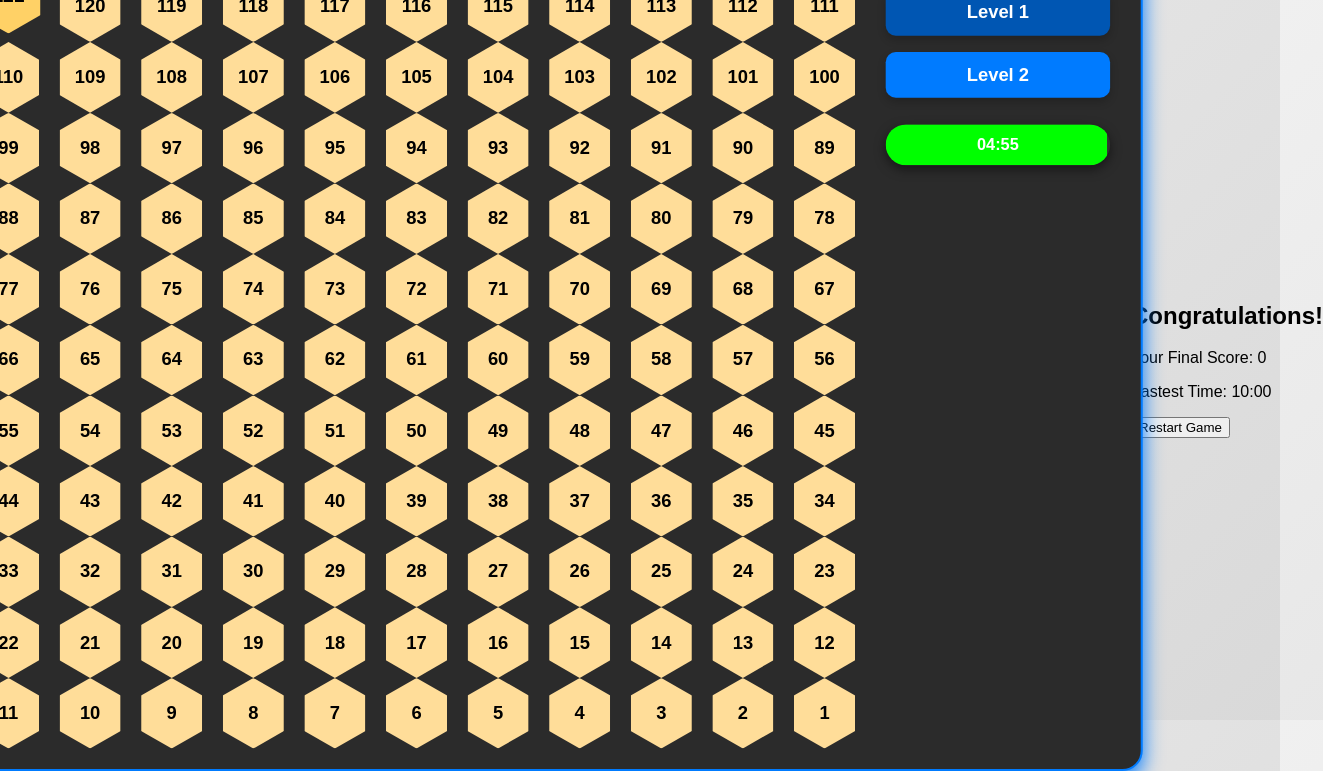
Repository: radisyah/THE_BRAIN_STORM
Page: Terrible Hunt.html
These files come from the project's save history. The page is drawn as it stood at one moment and after the next save; the edit follows.
The browser window is 1280 px wide. The page is 1323 px wide, then 1280 px, so the pictures cover 1323 px, including what lies to the right of the window. The pictures show the whole page.

Above is the page before, as saved 2024-10-25 23:30:33.

### Terrible Hunt.html
<!DOCTYPE html>
<html lang="en">
<head>
    <meta charset="UTF-8">
    <meta name="viewport" content="width=device-width, initial-scale=1.0">
    <title>Terrible Hunt</title>
    <style>
        body {
            font-family: Arial, sans-serif;
            display: flex;
            justify-content: center;
            align-items: center;
            height: 100vh;
            margin: 0;
            background: linear-gradient(135deg, #f0f0f0, #d9d9d9); /* Smooth gradient background */
        }

        .container {
            display: flex;
            justify-content: center;
            align-items: flex-start;
            background-color: #2b2b2b; /* Dark background for contrast */
            border-radius: 20px;
            box-shadow: 0 8px 20px #007bff;
            padding: 30px;
            border: 2px solid #007bff;
            transition: transform 0.3s ease-in-out;
        }

          /* Timer container styles */
          .timer-container {
            position: relative;
            width: 100%;
            height: 40px;
            background-color: #333;
            border-radius: 20px;
            overflow: hidden;
            box-shadow: 0px 4px 10px rgba(0, 0, 0, 0.5);
            margin-bottom: 10px;
        }

        /* Timer text styles */
        #timer {
            position: absolute;
            top: 50%;
            left: 50%;
            transform: translate(-50%, -50%);
            color: white;
            font-size: 16px;
            font-weight: bold;
            z-index: 2;
        }

        /* Progress bar styles */
        .timer-bar {
            position: absolute;
            top: 0;
            left: 0;
            height: 100%;
            background: linear-gradient(90deg, #00ff00, #ffff00, #ff0000);
            width: 100%;
            transition: width 1s linear;
            z-index: 1;
        }

        .container:hover {
            transform: scale(1.02); /* Slight scale effect when hovering over the container */
        }

        /* Hexagonal grid container */
        .hex-grid {
            display: grid;
            grid-template-columns: repeat(11, 60px);
            grid-gap: 20px; /* Adjust gap between hexagons for better spacing */
            justify-content: center;
            margin-right: 30px;
        }

        .hex {
            position: relative;
            width: 60px;
            height: 69.28px;
            background: #ffdd99;
            display: flex;
            justify-content: center;
            align-items: center;
            font-size: 18px;
            font-weight: bold;
            color: black;
            clip-path: polygon(
                50% 0%,
                100% 25%,
                100% 75%,
                50% 100%,
                0% 75%,
                0% 25%
            );
            cursor: pointer;
            transition: background-color 0.3s, transform 0.3s, box-shadow 0.3s;
            margin: -10px 0;
            box-shadow: 0 4px 8px rgba(0, 0, 0, 0.2); /* Add shadow to hexagons */
        }

        /* Hover effect with larger shadow and movement */
        .hex:hover {
            background-color: #ffd166;
            transform: translateY(-10px) scale(1.05); /* Larger transform effect */
            box-shadow: 0 6px 12px rgba(0, 0, 0, 0.3); /* Enhanced shadow on hover */
        }

        /* Mengatur gaya ketika benar atau salah */
        .hex.correct {
            background-color: #28a745; /* Green for correct */
            color: white;
            box-shadow: 0 6px 12px rgba(0, 255, 0, 0.3); /* Green shadow */
        }

        .hex.wrong {
            background-color: #dc3545; /* Red for wrong */
            color: white;
            box-shadow: 0 6px 12px rgba(255, 0, 0, 0.3); /* Red shadow */
        }

        /* Tombol dan styling */
        .button-container {
            display: flex;
            flex-direction: column;
            justify-content: flex-start;
        }

        .level-button {
            background-color: #007bff;
            color: white;
            border: none;
            border-radius: 10px; /* More rounded buttons */
            padding: 12px;
            margin: 8px 0;
            cursor: pointer;
            font-size: 18px;
            font-weight: bold;
            transition: background-color 0.3s, box-shadow 0.3s, transform 0.3s;
            width: 220px;
            box-shadow: 0 4px 8px rgba(0, 0, 0, 0.2); /* Soft shadow for buttons */
        }

        .level-button:hover {
            background-color: #0056b3;
            box-shadow: 0 6px 12px rgba(0, 0, 0, 0.3); /* Enhanced shadow on hover */
            transform: translateY(-3px); /* Slight movement on hover */
        }
    </style>
</head>

<body>
    <div class="container">
        <div class="hex-grid" id="hex-grid">
            <!-- Grid hexagonal will be dynamically populated -->
        </div>

        <div class="button-container">
            <button class="level-button" id="level1-btn" onclick="selectLevel(1)" disabled>Level 1</button>
            <button class="level-button" id="level2-btn" onclick="selectLevel(2)" disabled>Level 2</button>
            <br>
            <div class="timer-container">
                <div id="timer">05:00</div>
                <div class="timer-bar"></div>
            </div>
        </div>
    </div>
    <!-- Final Score Modal -->
    <div class="modal" id="final-score-modal">
        <div class="modal-content">
            <h2>Congratulations!</h2>
            <p id="final-score-display">Your Final Score: 0</p>
            <p id="fastest-time-display">Fastest Time: 10:00</p>
            <button class="close" onclick="restartGame()">Restart Game</button>
        </div>
    </div>
</body>

<script>
    let correctNumbers = [];
    let wrongAttempts = 0;
    let currentLevel = 1;
    let isGridDisabled = false;
    let isTimerRunning = false;
    let timerInterval;
    const timeLimit = 300;
    let timeRemaining = timeLimit;

    const timerDisplay = document.getElementById('timer');
    const timerBar = document.querySelector('.timer-bar');

    function selectLevel(level) {
        currentLevel = level;
        correctNumbers = generateCorrectNumbers(level);
        generateHexGrid();
        wrongAttempts = 0;
        isGridDisabled = false;

        // Set button styles and disable/enable accordingly
        document.getElementById('level1-btn').disabled = level !== 1;
        document.getElementById('level2-btn').disabled = level !== 2;
        updateButtonStyles();

        // Start the timer if it hasn’t started yet
        if (!isTimerRunning) {
            startTimer();
        }
    }

    function updateButtonStyles() {
        document.getElementById('level1-btn').style.backgroundColor = currentLevel === 1 ? "#0056b3" : "#007bff";
        document.getElementById('level2-btn').style.backgroundColor = currentLevel === 2 ? "#0056b3" : "#007bff";
    }

    function startTimer() {
        if (isTimerRunning) return;
        isTimerRunning = true;

        timerInterval = setInterval(() => {
            timeRemaining--;

            const minutes = Math.floor(timeRemaining / 60);
            const seconds = timeRemaining % 60;
            timerDisplay.textContent = `${minutes < 10 ? '0' + minutes : minutes}:${seconds < 10 ? '0' + seconds : seconds}`;

            const percentage = (timeRemaining / timeLimit) * 100;
            timerBar.style.width = `${percentage}%`;
            timerBar.style.background = percentage <= 33 ? "#ff0000" : percentage <= 66 ? "#ffff00" : "#00ff00";

            if (timeRemaining <= 0) {
                clearInterval(timerInterval);
                isTimerRunning = false;
                timerDisplay.textContent = "Time is Over";
                disableGridInteractions();
            }
        }, 1000);
    }

    function disableGridInteractions() {
        isGridDisabled = true;
        const hexGrid = document.getElementById('hex-grid');
        Array.from(hexGrid.children).forEach(hexItem => {
            hexItem.style.pointerEvents = 'none';
        });
        const resetButton = document.getElementById('reset');
        if (resetButton) {
            resetButton.disabled = true;
            resetButton.style.pointerEvents = 'none';
        }
    }

    function generateCorrectNumbers(level) {
        return level === 1 ? getPrimes(1, 121) : getPerfectSquares(122, 242);
    }

    function generateHexGrid() {
        const hexGrid = document.getElementById('hex-grid');
        hexGrid.innerHTML = ''; // Clear the grid

        let number = (currentLevel === 1) ? 121 : (currentLevel - 1) * 121 + 1; // Set initial number based on level
        const totalHex = 121;

        for (let i = 0; i < totalHex; i++) {
            const hex = document.createElement('div');
            hex.classList.add('hex');
            hex.textContent = number;

            (function(num) {
                hex.addEventListener('click', function() {
                    if (!isGridDisabled) {
                        if (correctNumbers.includes(num)) {
                            hex.classList.add('correct');
                            if (currentLevel === 1) {
                                checkAllPrimesGuessed();
                            } else if (currentLevel === 2) {
                                checkAllPerfectSquaresGuessed();
                            }
                        } else {
                            hex.classList.add('wrong');
                            wrongAttempts++;
                            if (wrongAttempts >= 2) {
                                setTimeout(resetHexColors, 1000);
                            }
                        }
                    }
                });
            })(number);

            hexGrid.appendChild(hex);
            number = (currentLevel === 1) ? number - 1 : number + 1;
        }
    }



    function checkAllPerfectSquaresGuessed() {
        const allCorrectHexes = document.querySelectorAll('.hex.correct');
        if (allCorrectHexes.length === correctNumbers.length) {
            setTimeout(() => {
                location.reload(); // Refresh the page after 1-second delay
            }, 1000);
        }
    }


    function checkAllPrimesGuessed() {
        const allCorrectHexes = document.querySelectorAll('.hex.correct');
        if (allCorrectHexes.length === correctNumbers.length) {
            setTimeout(() => {
                selectLevel(2); // Move to Level 2 after 1-second delay
            }, 1000);
        }
    }



    function resetHexColors() {
        document.querySelectorAll('.hex').forEach(hex => {
            hex.classList.remove('correct', 'wrong');
        });

        correctNumbers = generateCorrectNumbers(currentLevel);
        generateHexGrid();
        wrongAttempts = 0;
    }

    function getPrimes(start, end) {
        const primes = [];
        for (let i = start; i <= end; i++) {
            if (isPrime(i)) primes.push(i);
        }
        return primes;
    }

    function isPrime(num) {
        if (num <= 1) return false;
        for (let i = 2; i <= Math.sqrt(num); i++) {
            if (num % i === 0) return false;
        }
        return true;
    }

    function getPerfectSquares(start, end) {
        const squares = [];
        for (let i = Math.ceil(Math.sqrt(start)); i <= Math.floor(Math.sqrt(end)); i++) {
            squares.push(i * i);
        }
        return squares;
    }

    window.onload = function() {
        selectLevel(1);
    };
</script>

</body>
</html>

After the next save:
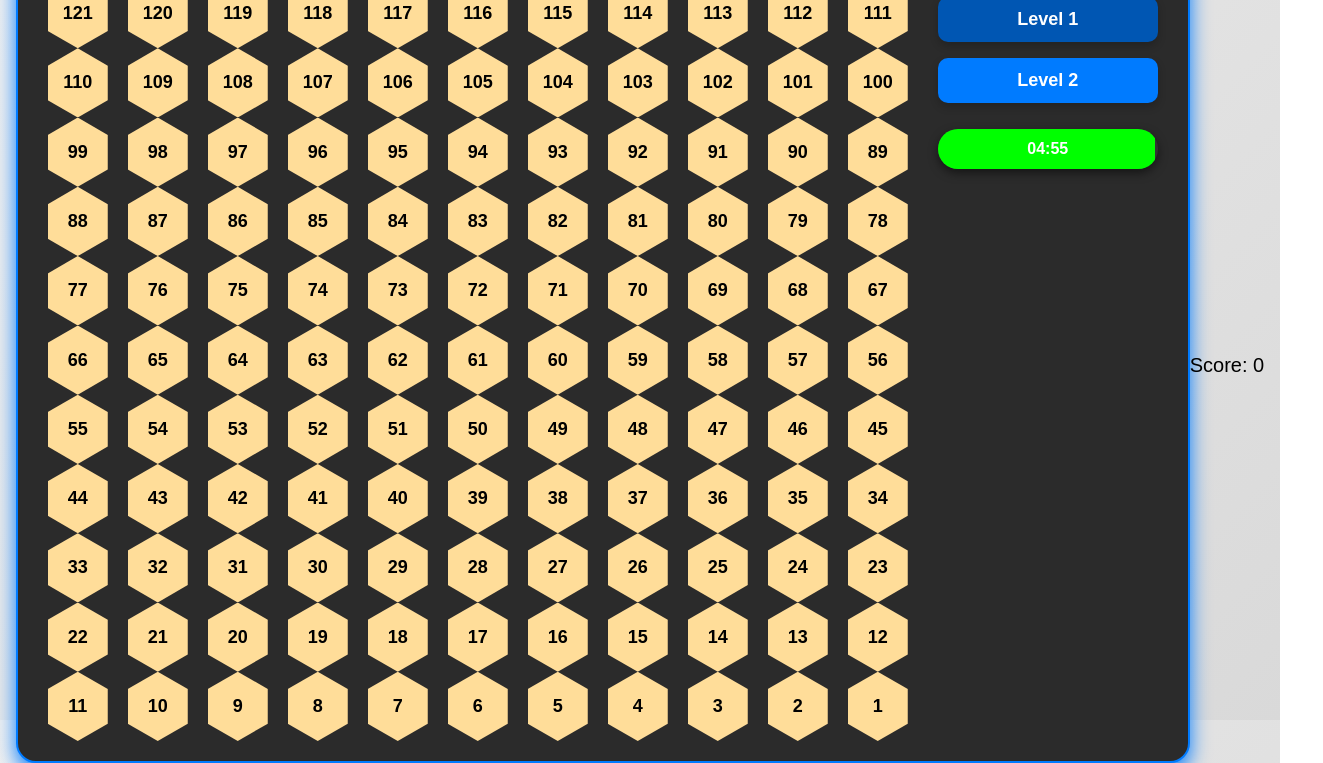
Saved 15 s later.
--- a/Terrible Hunt.html
+++ b/Terrible Hunt.html
@@ -167,15 +167,8 @@
             </div>
         </div>
     </div>
-    <!-- Final Score Modal -->
-    <div class="modal" id="final-score-modal">
-        <div class="modal-content">
-            <h2>Congratulations!</h2>
-            <p id="final-score-display">Your Final Score: 0</p>
-            <p id="fastest-time-display">Fastest Time: 10:00</p>
-            <button class="close" onclick="restartGame()">Restart Game</button>
-        </div>
-    </div>
+    <div id="score-display" style="font-size: 20px; margin-top: 10px;">Score: 0</div>
+
 </body>
 
 <script>
